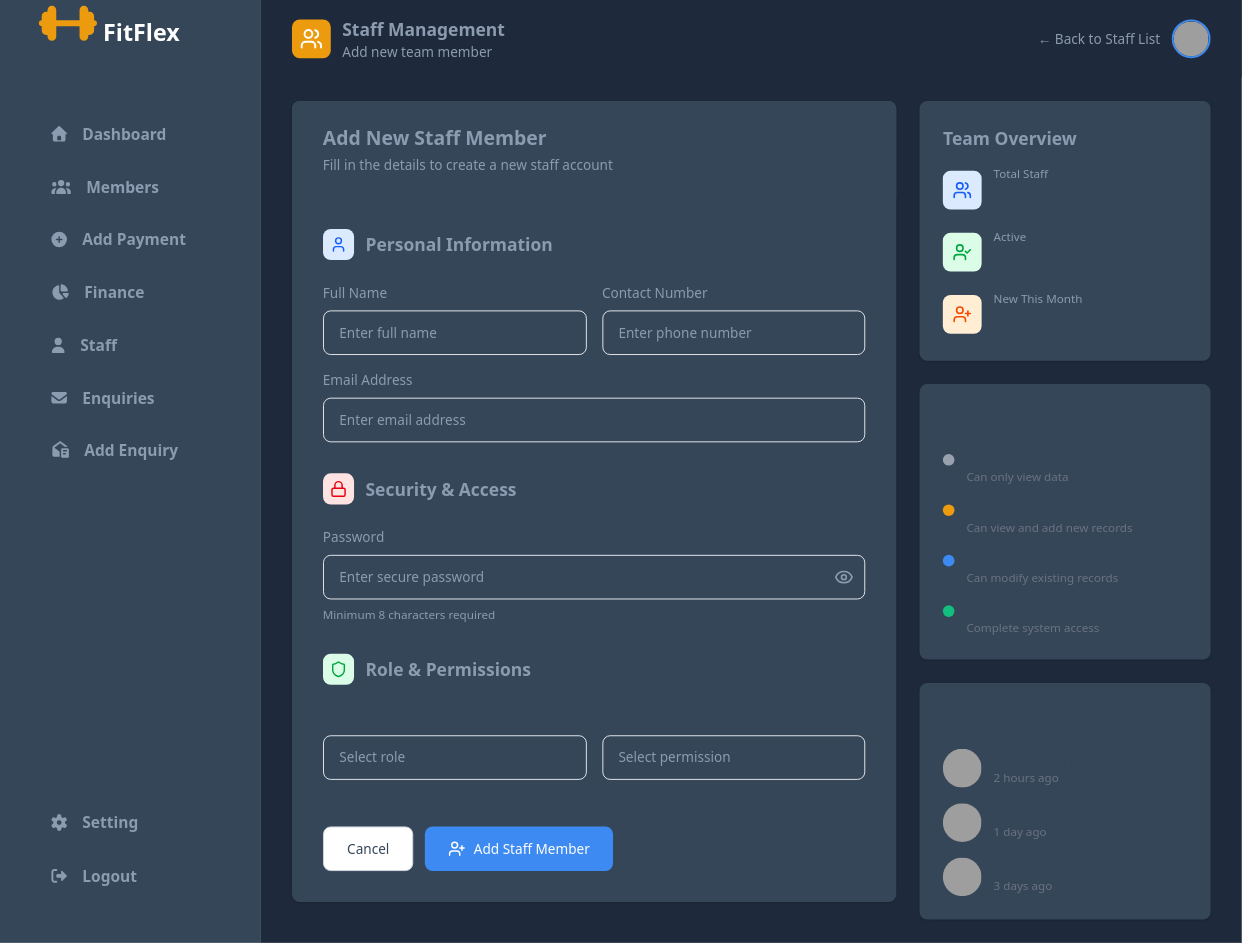
Repository: MuhammadTalhaTaj/gym_management_app_backend
Page: /addstaff (app in frontend/)
These files come from the project's save history. The page is drawn as it stood at one moment and after the next save; the edit follows.
The browser window is 1280 px wide. The pictures show the whole page, at 97% of full size.
Pictures or frames that could not be fetched are drawn as grey boxes. The project was rebuilt for these pictures with package versions that can differ from the ones it lists, and the page was loaded fresh each time. Also part of the build but not shown: frontend/vite.config.ts, frontend/src/assets/styles/AdminHeader.css, frontend/src/Components/AdminHeader.tsx, frontend/src/assets/styles/AdminDashboard.css, frontend/src/hooks/useDashboardData.ts, frontend/src/assets/styles/AdminDashboardStats.css, frontend/src/Components/AdminDashboardStats.tsx, frontend/src/Components/IncomeExpenseChart.tsx and 31 more.

Above is the page before, as saved 2025-11-21 10:46:39.

### frontend/index.html
<!doctype html>
<html lang="en">

<head>
  <meta charset="UTF-8" />
  <link rel="icon" type="image/svg+xml" href="/vite.svg" />
  <meta name="viewport" content="width=device-width, initial-scale=1.0" />
  <title>GymManagement</title>
  <link rel="preconnect" href="https://fonts.googleapis.com" />
  <link rel="preconnect" href="https://fonts.gstatic.com" crossorigin />
  <link rel="stylesheet" href="https://fonts.googleapis.com/css2?family=Roboto:wght@300;400;500;700&display=swap" />

</head>

<body>
  <div id="root"></div>
  <script type="module" src="/src/main.tsx"></script>
</body>

</html>

### frontend/src/index.css
@import "tailwindcss";
:root{
  padding: 0;
  margin: 0;
  box-sizing: border-box;
  --primary-100:#364659;
  --primary-200:#1E293B;
  --primary-300:#8C9BB0;
  --secondary-100: #EC9A0E;
  --secondary-200:#595446;
  --tertiary-100: #F24949;
  --tertiary-100-30: #584252;
  --tertiary-200: #F47117;
  --tertiary-200-30: #5A4B48;
  --tertiary-300: #11BF7F;
  --tertiary-300-30: #2B595E;
  --tertiary-400: #3D8BF2;
  --tertiary-400-30: #344E75;
  --tertiary-500: #94A3B8;
  --tertiary-600: #1E293B;
}
body{
  padding: 0;
  margin: 0;
}
.adminMain{
  display: flex;
  margin: 0;
  justify-content: space-between;
  padding: 0;
  /* border: 2px solid blue; */
}
@media all and (max-width:700px) {
  .adminMain{
    flex-direction: column;
  }
}

### frontend/src/Components/ProtectedRoute.tsx
import React, { useEffect, useState } from "react";
// import { Navigate } from "react-router-dom";
import { apiRequest } from "../config/api";

type Props = {
  children: React.ReactNode;
};

const getStoredToken = (): string | null => {
  return localStorage.getItem("accessToken") || sessionStorage.getItem("accessToken");
};

export default function ProtectedRoute({ children }: Props) {
  const [status, setStatus] = useState<"pending" | "ok" | "unauth">("pending");

  useEffect(() => {
    let mounted = true;

    const token = getStoredToken();
    if (!token) {
      // no token -> immediately unauth
      if (mounted) setStatus("unauth");
      return;
    }

    const validate = async () => {
      try {
        // call backend authenticate endpoint
        const res = await apiRequest<{ success?: boolean; message?: string; userId?: string }>({
          method: "GET",
          endpoint: "/auth/authenticate"
        });

        // backend returns success:true on valid token
        if (mounted && res && (res as any).success === true) {
          setStatus("ok");
        } else {
          // treat missing success flag as unauth
          if (mounted) setStatus("unauth");
        }
      } catch (err) {
        // any error -> unauth
        if (mounted) setStatus("unauth");
      }
    };

    validate();

    return () => { mounted = false; };
  }, []);

  if (status === "pending") {
    // while checking, render nothing (keep UI/layout unchanged)
    return null;
  }

  if (status === "unauth") {
    // clear tokens to ensure clean state, then redirect
    try {
      localStorage.removeItem("accessToken");
      sessionStorage.removeItem("accessToken");
    } catch (e) {
      // ignore
    }
    // return <Navigate to="/login" replace />;
  }

  // auth ok
  return <>{children}</>;
}

### frontend/src/context/AuthContext.tsx
// src/context/AuthContext.tsx (example)
import React, { createContext, useEffect } from "react";
import { onAuthFailure,
  // setAccessToken as storeAccessToken,
   clearTokens } from "../config/auth";
import { useNavigate } from "react-router-dom";

export const AuthContext = createContext<any>(null);

export const AuthProvider: React.FC<{children:any}> = ({ children }) => {
  const navigate = useNavigate();

  useEffect(() => {
    onAuthFailure(() => {
      // clear local tokens and redirect to login
      clearTokens();
      navigate("/login");
    });
  }, [navigate]);

  return <AuthContext.Provider value={{}}>{children}</AuthContext.Provider>;
};

### frontend/src/pages/Admin/AddStaff.tsx
import React, { useState } from 'react';
import { Eye, EyeOff, Users, UserCheck, UserPlus, Shield, User, Lock } from 'lucide-react';

// Data file - export this to a separate file in your project (e.g., staffData.js)
export const staffData = {
  teamOverview: {
    totalStaff: 24,
    activeStaff: 22,
    newThisMonth: 3
  },
  permissionLevels: [
    {
      id: 'view-only',
      name: 'View Only',
      description: 'Can only view data',
      color: 'bg-gray-400'
    },
    {
      id: 'view-add',
      name: 'View + Add',
      description: 'Can view and add new records',
      color: 'bg-[var(--secondary-100)]'
    },
    {
      id: 'view-add-update',
      name: 'View + Add + Update',
      description: 'Can modify existing records',
      color: 'bg-[var(--tertiary-400)]'
    },
    {
      id: 'full-access',
      name: 'Full Access',
      description: 'Complete system access',
      color: 'bg-[var(--tertiary-300)]'
    }
  ],
  recentActivity: [
    {
      id: 1,
      name: 'Sarah Chen',
      action: 'joined',
      time: '2 hours ago',
      avatar: 'https://i.pravatar.cc/150?img=1'
    },
    {
      id: 2,
      name: 'Mike Johnson',
      action: 'updated',
      time: '1 day ago',
      avatar: 'https://i.pravatar.cc/150?img=2'
    },
    {
      id: 3,
      name: 'Emma Davis',
      action: 'added',
      time: '3 days ago',
      avatar: 'https://i.pravatar.cc/150?img=3'
    }
  ],
  jobRoles: [
    'Select role',
    'Administrator',
    'Manager',
    'Developer',
    'Designer',
    'Analyst',
    'Support Staff'
  ],
  permissions: [
    'Select permission',
    'View Only',
    'View + Add',
    'View + Add + Update',
    'Full Access'
  ]
};

// Reusable Components
const Card = ({ children, className = '' }) => (
  <div className={`bg-[var(--primary-100)] rounded-lg shadow-sm ${className}`}>
    {children}
  </div>
);

const Input = ({ label, placeholder, type = 'text', value, onChange, showPasswordToggle, onTogglePassword, showPassword, helperText }) => (
  <div className="flex flex-col gap-2 ">
    {label && (
      <label className="text-sm font-medium text-[var(--primary-300)]">
        {label}
      </label>
    )}
    <div className="relative">
      <input
        type={type}
        placeholder={placeholder}
        value={value}
        onChange={onChange}
        className="w-full px-4 py-3 bg-[var(--primary-100)] border border-gray-200 rounded-lg text-sm text-[var(--primary-300)] placeholder-[var(--primary-300)] focus:outline-none focus:ring-2 focus:ring-[var(--tertiary-400)] focus:border-transparent transition-all"
      />
      {showPasswordToggle && (
        <button
          type="button"
          onClick={onTogglePassword}
          className="absolute right-3 top-1/2 -translate-y-1/2 text-[var(--primary-300)] hover:text-[var(--primary-100)] transition-colors"
        >
          {showPassword ? <EyeOff size={20} /> : <Eye size={20} />}
        </button>
      )}
    </div>
    {helperText && (
      <span className="text-xs text-[var(--primary-300)]">{helperText}</span>
    )}
  </div>
);

const Select = ({ label, options, value, onChange }) => (
  <div className="flex flex-col gap-2">
    {label && (
      <label className="text-sm font-medium text-[var(--primary-100)]">
        {label}
      </label>
    )}
    <select
      value={value}
      onChange={onChange}
      className="w-full px-4 py-3 bg-[var(--primary-100)] border border-gray-200 rounded-lg text-sm text-[var(--primary-300)] focus:outline-none focus:ring-2 focus:ring-[var(--tertiary-400)] focus:border-transparent transition-all appearance-none cursor-pointer"
      style={{
        backgroundImage: `url("data:[embedded picture, 161 characters]")`,
        backgroundRepeat: 'no-repeat',
        backgroundPosition: 'right 1rem center'
      }}
    >
      {options.map((option, index) => (
        <option key={index} value={option}>
          {option}
        </option>
      ))}
    </select>
  </div>
);

const Button = ({ children, variant = 'primary', onClick, icon: Icon }) => {
  const variants = {
    primary: 'bg-[var(--tertiary-400)] hover:bg-[var(--tertiary-400)]/90 text-white',
    secondary: 'bg-white hover:bg-gray-50 text-[var(--primary-100)] border border-gray-300'
  };

  return (
    <button
      onClick={onClick}
      className={`px-6 py-3 rounded-lg font-medium text-sm transition-all flex items-center justify-center gap-2 ${variants[variant]}`}
    >
      {Icon && <Icon size={18} />}
      {children}
    </button>
  );
};

const StatsCard = ({ icon: Icon, label, value, iconBg, iconColor }) => (
  <div className="flex items-center gap-3">
    <div className={`w-10 h-10 rounded-lg ${iconBg} flex items-center justify-center`}>
      <Icon size={20} className={iconColor} />
    </div>
    <div>
      <p className="text-xs text-[var(--primary-300)]">{label}</p>
      <p className="text-2xl font-bold text-[var(--primary-100)]">{value}</p>
    </div>
  </div>
);

const ActivityItem = ({ activity }) => (
  <div className="flex items-center gap-3">
    <img
      src={activity.avatar}
      alt={activity.name}
      className="w-10 h-10 rounded-full object-cover"
    />
    <div className="flex-1">
      <p className="text-sm font-medium text-[var(--primary-100)]">
        {activity.name} {activity.action}
      </p>
      <p className="text-xs text-gray-500">{activity.time}</p>
    </div>
  </div>
);

const PermissionItem = ({ permission }) => (
  <div className="flex items-start gap-3">
    <div className={`w-3 h-3 rounded-full ${permission.color} mt-1`}></div>
    <div className="flex-1">
      <p className="text-sm font-semibold text-[var(--primary-100)]">{permission.name}</p>
      <p className="text-xs text-gray-500">{permission.description}</p>
    </div>
  </div>
);

const SectionHeader = ({ icon: Icon, title, iconBg, iconColor }) => (
  <div className="flex items-center gap-3 mb-6">
    <div className={`w-8 h-8 rounded-lg ${iconBg} flex items-center justify-center`}>
      <Icon size={18} className={iconColor} />
    </div>
    <h3 className="text-lg font-semibold text-[var(--primary-300)]">{title}</h3>
  </div>
);

// Main Component
const AddStaff = () => {
  const [formData, setFormData] = useState({
    fullName: '',
    contactNumber: '',
    email: '',
    password: '',
    jobRole: staffData.jobRoles[0],
    permission: staffData.permissions[0]
  });

  const [showPassword, setShowPassword] = useState(false);

  const handleInputChange = (field) => (e) => {
    setFormData(prev => ({ ...prev, [field]: e.target.value }));
  };

  const handleSubmit = () => {
    console.log('Form submitted:', formData);
    // Add your form submission logic here
  };

  const handleCancel = () => {
    setFormData({
      fullName: '',
      contactNumber: '',
      email: '',
      password: '',
      jobRole: staffData.jobRoles[0],
      permission: staffData.permissions[0]
    });
  };

  return (
    <div className="min-h-screen w-full bg-[var(--primary-200)]">
      {/* Header */}
      <header className="bg-[var(--primary-200)] text-white px-4 sm:px-6 lg:px-8 py-4">
        <div className="max-w-7xl mx-auto flex items-center justify-between">
          <div className="flex items-center gap-3">
            <div className="w-10 h-10 bg-[var(--secondary-100)] rounded-lg flex items-center justify-center">
              <Users size={24} />
            </div>
            <div>
              <h1 className="text-lg font-semibold text-[var(--primary-300)]">Staff Management</h1>
              <p className="text-sm text-[var(--primary-300)]">Add new team member</p>
            </div>
          </div>
          <div className="flex items-center gap-3">
            <button className="flex items-center text-[var(--primary-300)] gap-2 text-sm hover:text-gray-300 transition-colors">
              <span className="hidden sm:inline">← Back to Staff List</span>
              <span className="sm:hidden">← Back</span>
            </button>
            <img
              src="https://i.pravatar.cc/150?img=5"
              alt="User"
              className="w-10 h-10 rounded-full object-cover border-2 border-[var(--tertiary-400)]"
            />
          </div>
        </div>
      </header>

      {/* Main Content */}
      <main className="max-w-7xl mx-auto px-4 sm:px-6 lg:px-8 py-6">
        <div className="grid grid-cols-1 lg:grid-cols-3 gap-6">
          {/* Left Column - Form */}
          <div className="lg:col-span-2">
            <Card className="p-6 sm:p-8">
              {/* Form Header */}
              <div className="bg-[var(--primary-100)] text-[var(--primary-300)] -mx-6 sm:-mx-8 -mt-6 sm:-mt-8 px-6 sm:px-8 py-6 rounded-t-lg mb-8">
                <h2 className="text-xl font-bold mb-1">Add New Staff Member</h2>
                <p className="text-sm text-[var(--primary-300)]">Fill in the details to create a new staff account</p>
              </div>

              <div className="space-y-8">
                {/* Personal Information */}
                <div>
                  <SectionHeader
                    icon={User}
                    title="Personal Information"
                    iconBg="bg-blue-100"
                    iconColor="text-blue-600"
                  />
                  <div className="grid grid-cols-1 md:grid-cols-2 gap-4">
                    <Input
                      label="Full Name"
                      placeholder="Enter full name"
                      value={formData.fullName}
                      onChange={handleInputChange('fullName')}
                    />
                    <Input
                      label="Contact Number"
                      placeholder="Enter phone number"
                      type="tel"
                      value={formData.contactNumber}
                      onChange={handleInputChange('contactNumber')}
                    />
                  </div>
                  <div className="mt-4">
                    <Input
                      label="Email Address"
                      placeholder="Enter email address"
                      type="email"
                      value={formData.email}
                      onChange={handleInputChange('email')}
                    />
                  </div>
                </div>

                {/* Security & Access */}
                <div>
                  <SectionHeader
                    icon={Lock}
                    title="Security & Access"
                    iconBg="bg-red-100"
                    iconColor="text-red-600"
                  />
                  <Input
                    label="Password"
                    placeholder="Enter secure password"
                    type={showPassword ? 'text' : 'password'}
                    value={formData.password}
                    onChange={handleInputChange('password')}
                    showPasswordToggle
                    onTogglePassword={() => setShowPassword(!showPassword)}
                    showPassword={showPassword}
                    helperText="Minimum 8 characters required"
                  />
                </div>

                {/* Role & Permissions */}
                <div>
                  <SectionHeader
                    icon={Shield}
                    title="Role & Permissions"
                    iconBg="bg-green-100"
                    iconColor="text-green-600"
                  />
                  <div className="grid grid-cols-1 md:grid-cols-2 gap-4">
                    <Select
                      label="Job Role"
                      options={staffData.jobRoles}
                      value={formData.jobRole}
                      onChange={handleInputChange('jobRole')}
                    />
                    <Select
                      label="Permission Level"
                      options={staffData.permissions}
                      value={formData.permission}
                      onChange={handleInputChange('permission')}
                    />
                  </div>
                </div>

                {/* Action Buttons */}
                <div className="flex flex-col sm:flex-row gap-3 pt-4">
                  <Button variant="secondary" onClick={handleCancel}>
                    Cancel
                  </Button>
                  <Button variant="primary" onClick={handleSubmit} icon={UserPlus}>
                    Add Staff Member
                  </Button>
                </div>
              </div>
            </Card>
          </div>

          {/* Right Column - Sidebar */}
          <div className="space-y-6">
            {/* Team Overview */}
            <Card className="p-6">
              <h3 className="text-lg font-semibold text-[var(--primary-300)] mb-4">Team Overview</h3>
              <div className="space-y-4">
                <StatsCard
                  icon={Users}
                  label="Total Staff"
                  value={staffData.teamOverview.totalStaff}
                  iconBg="bg-blue-100"
                  iconColor="text-blue-600"
                />
                <StatsCard
                  icon={UserCheck}
                  label="Active"
                  value={staffData.teamOverview.activeStaff}
                  iconBg="bg-green-100"
                  iconColor="text-green-600"
                />
                <StatsCard
                  icon={UserPlus}
                  label="New This Month"
                  value={staffData.teamOverview.newThisMonth}
                  iconBg="bg-orange-100"
                  iconColor="text-orange-600"
                />
              </div>
            </Card>

            {/* Permission Levels */}
            <Card className="p-6">
              <h3 className="text-lg font-semibold text-[var(--primary-100)] mb-4">Permission Levels</h3>
              <div className="space-y-4">
                {staffData.permissionLevels.map(permission => (
                  <PermissionItem key={permission.id} permission={permission} />
                ))}
              </div>
            </Card>

            {/* Recent Activity */}
            <Card className="p-6">
              <h3 className="text-lg font-semibold text-[var(--primary-100)] mb-4">Recent Activity</h3>
              <div className="space-y-4">
                {staffData.recentActivity.map(activity => (
                  <ActivityItem key={activity.id} activity={activity} />
                ))}
              </div>
            </Card>
          </div>
        </div>
      </main>
    </div>
  );
};

export default AddStaff;

### frontend/src/config/auth.ts
// src/config/auth.ts
const ACCESS_TOKEN_KEY = "accessToken";

/**
 * Read access token (prefers localStorage, fallbacks to sessionStorage)
 */
export function readAccessToken(): string | null {
  return localStorage.getItem(ACCESS_TOKEN_KEY) || sessionStorage.getItem(ACCESS_TOKEN_KEY);
}

/**
 * Store access token.
 * If `persist` true -> save to localStorage, otherwise sessionStorage.
 */
export function setAccessToken(token: string | null, persist = true) {
  if (!token) {
    localStorage.removeItem(ACCESS_TOKEN_KEY);
    sessionStorage.removeItem(ACCESS_TOKEN_KEY);
    return;
  }
  if (persist) {
    localStorage.setItem(ACCESS_TOKEN_KEY, token);
    sessionStorage.removeItem(ACCESS_TOKEN_KEY);
  } else {
    sessionStorage.setItem(ACCESS_TOKEN_KEY, token);
    localStorage.removeItem(ACCESS_TOKEN_KEY);
  }
}

/**
 * Clear tokens
 */
export function clearTokens() {
  localStorage.removeItem(ACCESS_TOKEN_KEY);
  sessionStorage.removeItem(ACCESS_TOKEN_KEY);
}

/**
 * Call refresh endpoint to obtain a fresh access token.
 * Note: This request includes credentials because your backend may store refresh token in an httpOnly cookie.
 */
let AUTH_BASE_URL = (import.meta.env.VITE_API_URL || "http://localhost:4000").replace(/\/$/, "");

export async function refreshAccessToken(): Promise<string> {
  const url = `${AUTH_BASE_URL}/auth/refreshToken`;

  const res = await fetch(url, {
    method: "POST",
    // include cookies to allow the server to find httpOnly refresh cookie
    credentials: "include",
    headers: {
      "Content-Type": "application/json"
    },
    // no body needed because your server reads cookie/header
  });

  // If server returns non-JSON or non-ok, try to parse but handle gracefully
  let data: any = {};
  try {
    data = await res.json();
  } catch (e) {
    // ignore parse error
  }

  if (!res.ok) {
    // throw useful error with body message if present
    const message = data?.message || `Failed to refresh access token (status ${res.status})`;
    throw new Error(message);
  }

  if (!data?.accessToken) {
    throw new Error("Refresh succeeded but no accessToken returned");
  }

  // store returned token (persist behavior up to you; default persist)
  setAccessToken(data.accessToken, true);
  return data.accessToken;
}

/**
 * App-level callback when refresh fails (e.g., redirect to /login)
 */
let authFailureHandler: (() => void) | null = null;
export function onAuthFailure(handler: () => void) {
  authFailureHandler = handler;
}
export function callAuthFailureHandler() {
  if (typeof authFailureHandler === "function") authFailureHandler();
}

Loaded but not shown: frontend/src/main.tsx (common file); frontend/src/Components/AdminSidebar.tsx (181 lines, source omitted); frontend/src/config/api.ts (123 lines, source omitted); frontend/src/App.tsx (71 lines, source omitted); frontend/src/assets/styles/AdminSidebar.css (138 lines, source omitted)

After the next save:
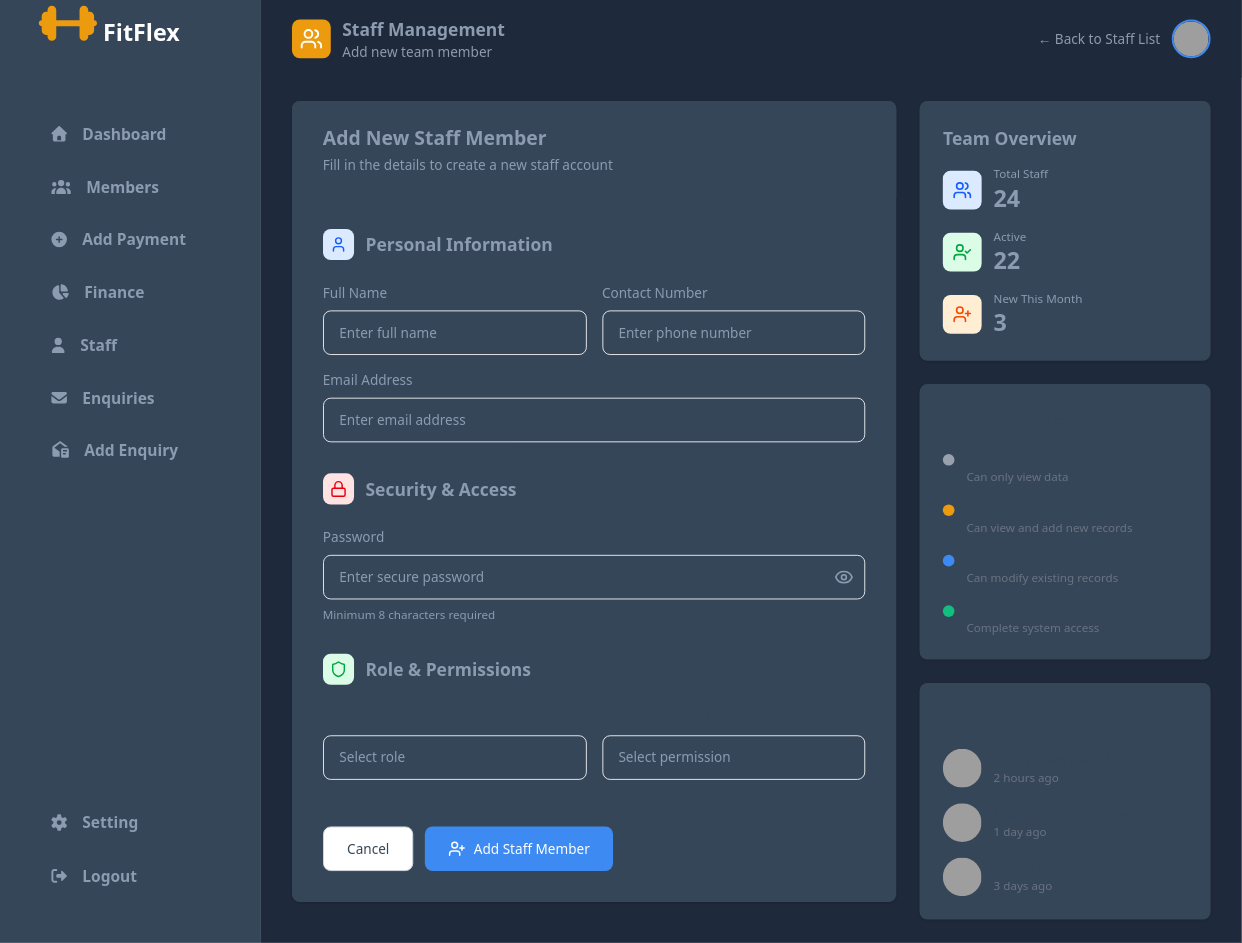
Saved 12 s later.
--- a/frontend/src/pages/Admin/AddStaff.tsx
+++ b/frontend/src/pages/Admin/AddStaff.tsx
@@ -163,7 +163,7 @@ const StatsCard = ({ icon: Icon, label, value, iconBg, iconColor }) => (
     </div>
     <div>
       <p className="text-xs text-[var(--primary-300)]">{label}</p>
-      <p className="text-2xl font-bold text-[var(--primary-100)]">{value}</p>
+      <p className="text-2xl font-bold text-[var(--primary-300)]">{value}</p>
     </div>
   </div>
 );
